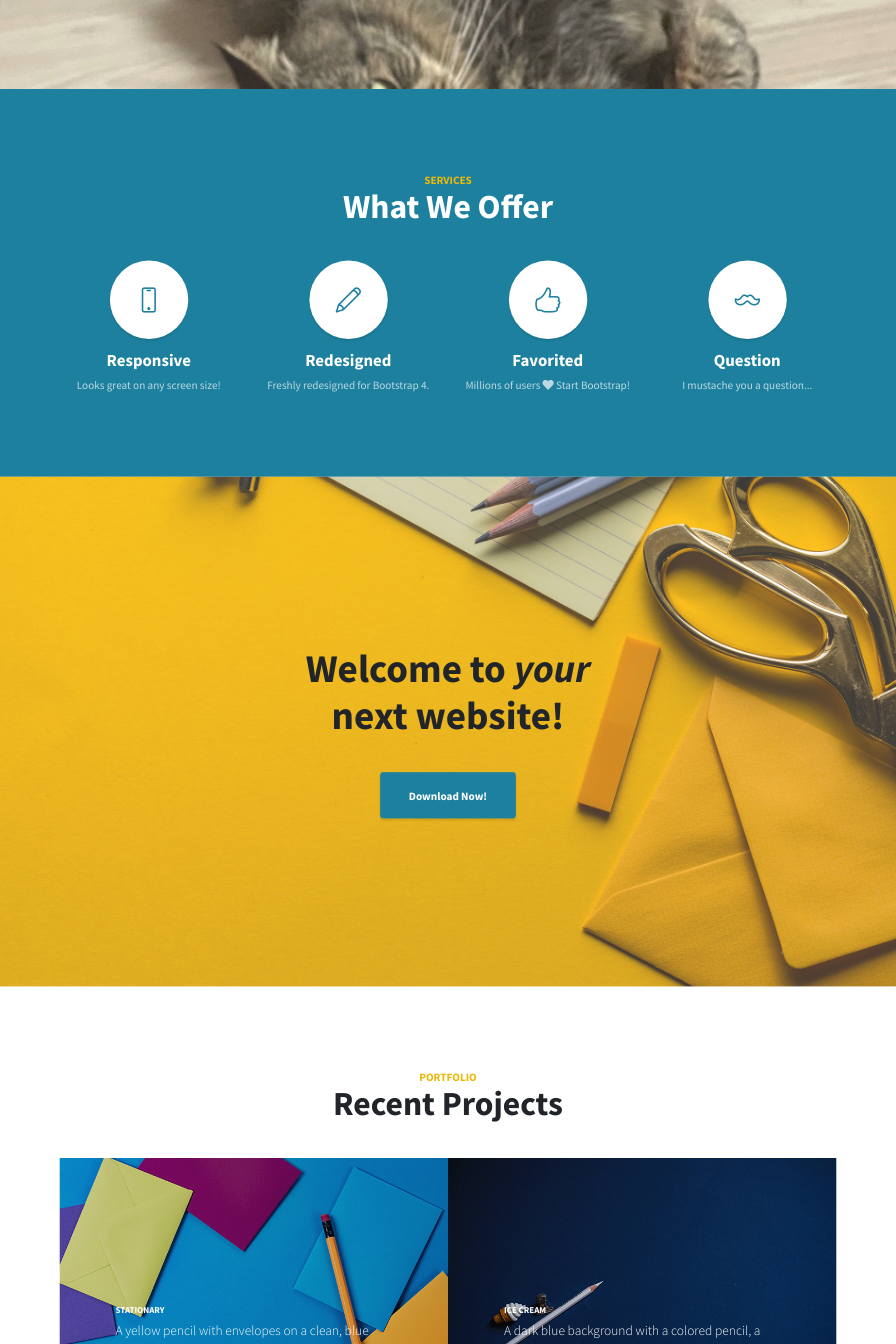
Repository: seungminlll3420/ruby_on_rails
Page: nero/index.html
The author's editor kept a record of every edit. The page is drawn from the files as they stood at one moment, then again after the next edit.
The browser window is 1280 px wide. The pictures show the part of the page from y = 1073 to 2993 px (the page is 4727 px tall before and 4765 px after), at 70% of full size.

Above is the page before.

After the next edit:
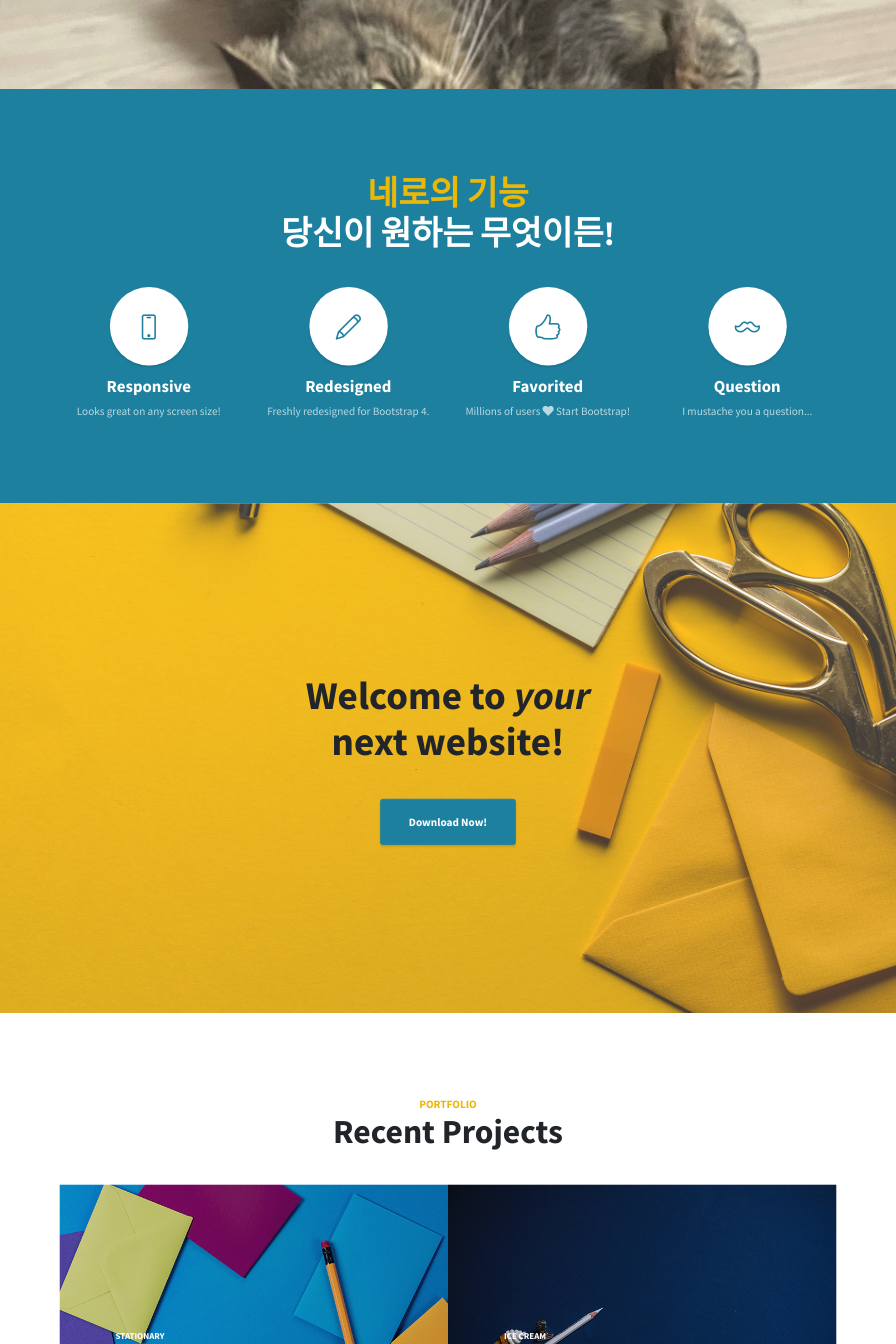
The edit:
--- a/nero/index.html
+++ b/nero/index.html
@@ -81,8 +81,8 @@
   <section class="content-section bg-primary text-white text-center" id="services">
     <div class="container">
       <div class="content-section-heading">
-        <h3 class="text-secondary mb-0">Services</h3>
-        <h2 class="mb-5">What We Offer</h2>
+        <h2 class="text-secondary mb-0">네로의 기능</h2>
+        <h2 class="mb-5">당신이 원하는 무엇이든!</h2>
       </div>
       <div class="row">
         <div class="col-lg-3 col-md-6 mb-5 mb-lg-0">
